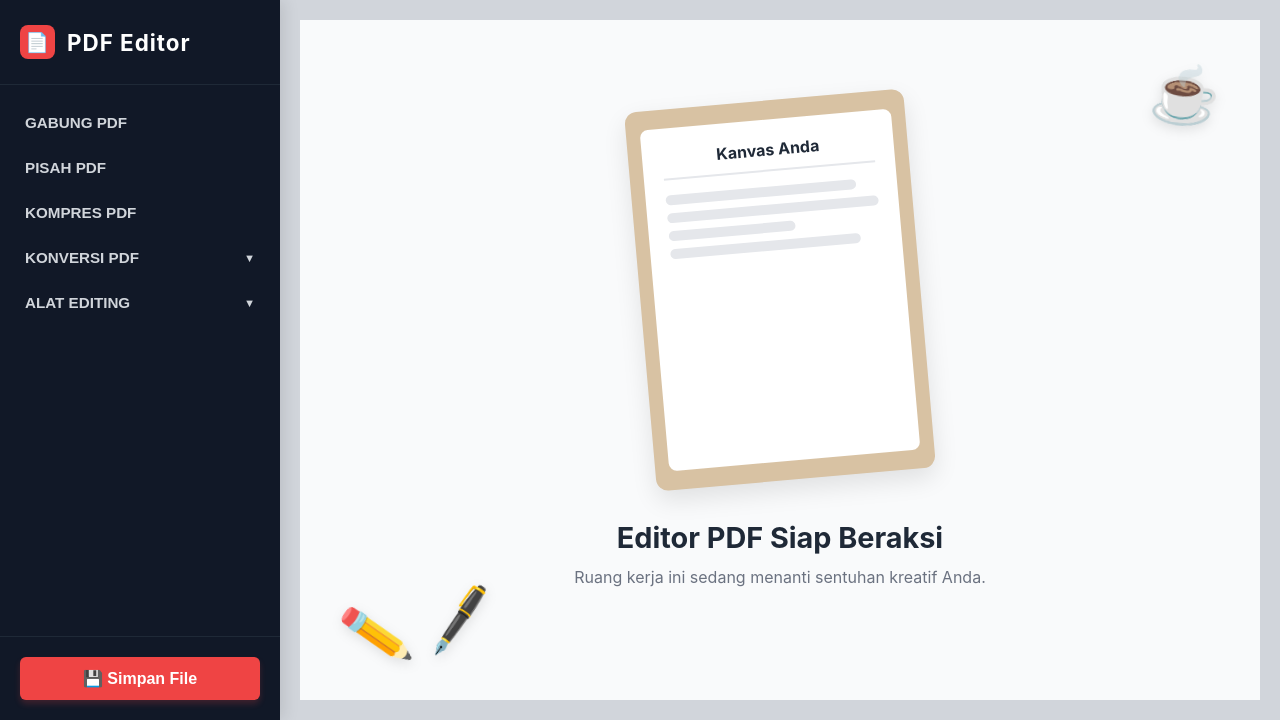
Repository: IkhsanMoekhtar/pdf_editor
Page: /
An editor plug-in stored every save of this project. The page is shown before and after the next save, followed by the edit.
The browser window is 1280 px wide. The pictures show the whole page.
The project was rebuilt for these pictures with package versions that can differ from the ones it lists, and the page was loaded fresh each time. Also part of the build but not shown: vite.config.js.

Above is the page before, as saved 2026-03-18 05:38:37.

After the next save:
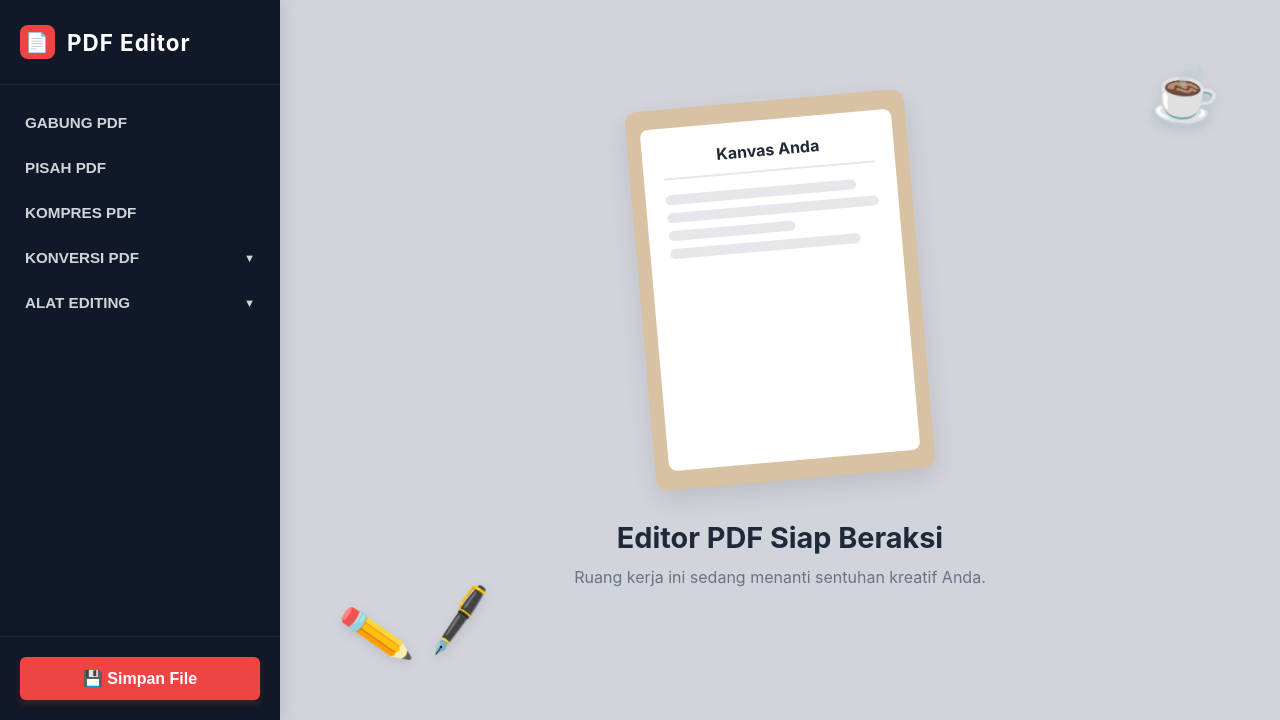
Saved 24 s later.
--- a/src/App.css
+++ b/src/App.css
@@ -186,7 +186,7 @@
   justify-content: center;
   height: 100%;
   width: 100%;
-  background-color: #f9fafb;
+
   position: relative;
   padding: 40px;
   overflow: hidden;

After the save that followed:
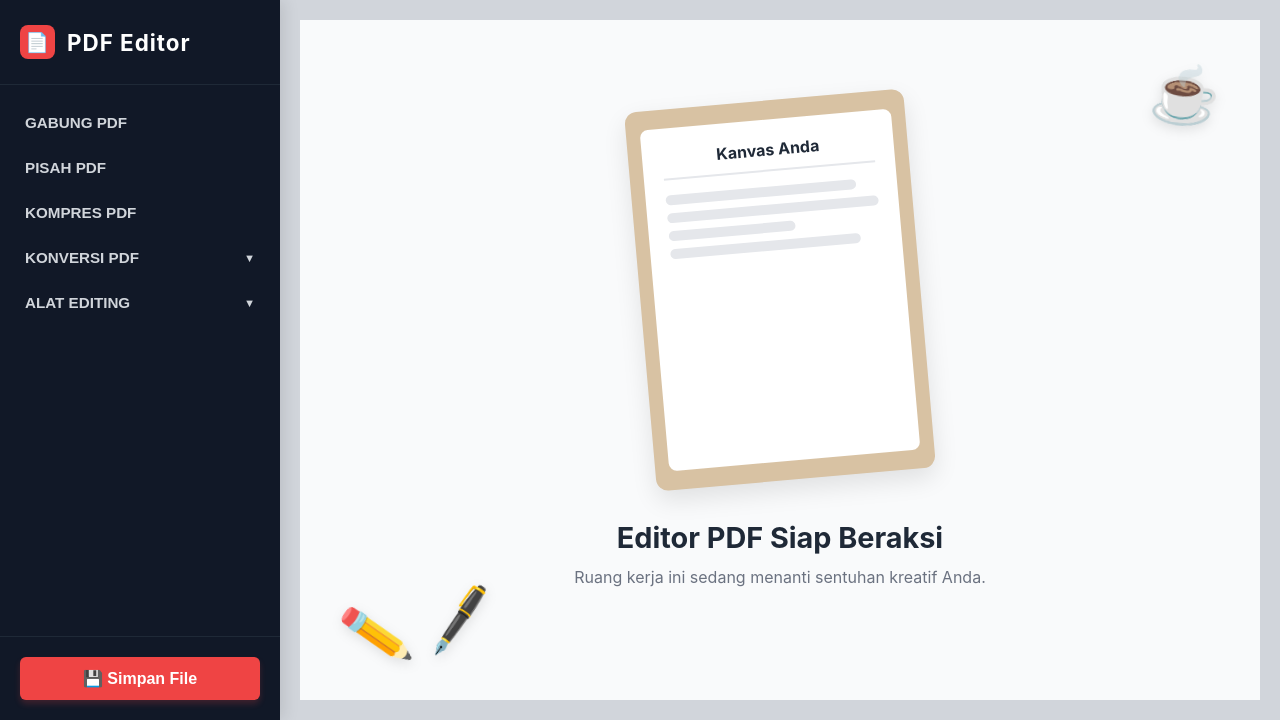
Saved 57 s later.
--- a/src/App.css
+++ b/src/App.css
@@ -186,9 +186,9 @@
   justify-content: center;
   height: 100%;
   width: 100%;
-
+  background-color: #f9fafb;
   position: relative;
-  padding: 40px;
+  padding: 0px;
   overflow: hidden;
   cursor: pointer; /* Mengubah kursor menjadi tangan (menandakan bisa diklik) */
   transition: background-color 0.3s ease;
